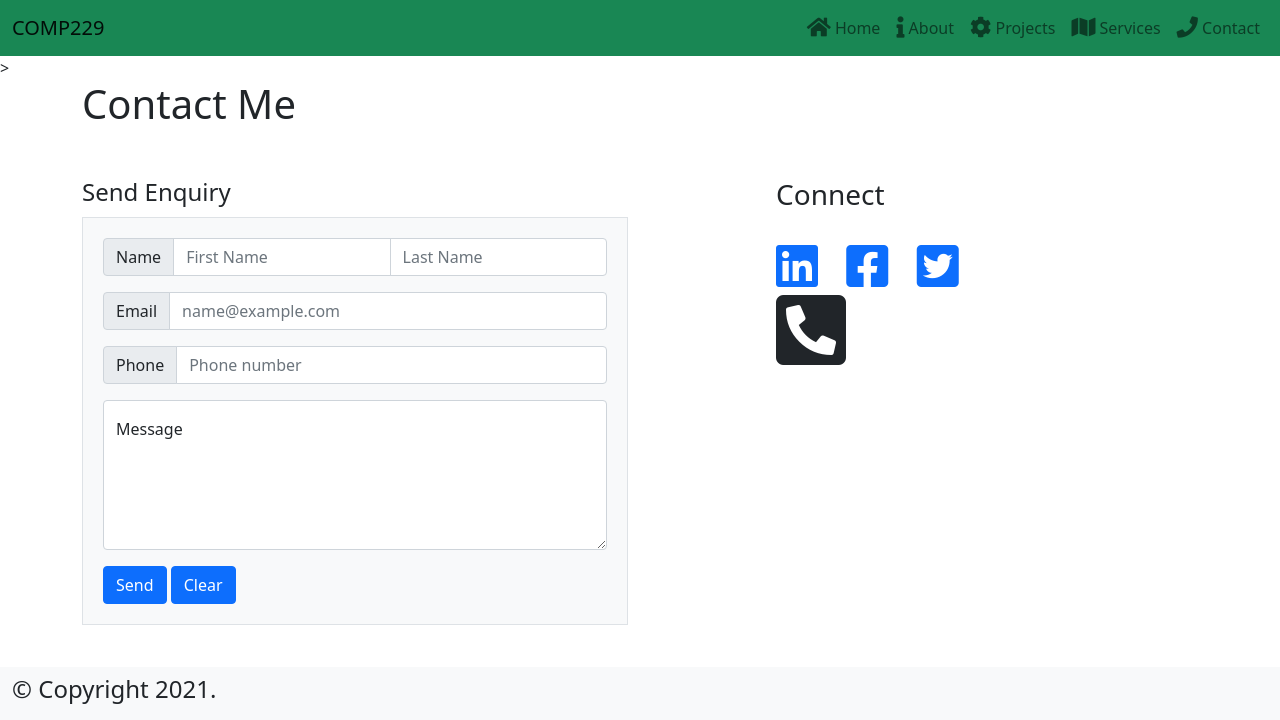
Repository: Mostafa-Asaad/Portfolio
Page: http://localhost/contact
The author's editor kept a copy of each file at every save. The page is drawn from the files as they stood at one save, then again after the next save.
The browser window is 1280 px wide. The pictures show the whole page.
The page is served by the project's Node server (index.js). Other server files are loaded and not shown.

Above is the page before, as saved 2021-06-04 16:20:06.

### Server/Views/index.ejs
<!DOCTYPE html>
<html lang="en">
<head>
  <meta charset="UTF-8">
  <meta http-equiv="X-UA-Compatible" content="IE=edge">
  <meta name="viewport" content="width=device-width, initial-scale=1.0">
  <title><%= title %></title>
  <!-- CSS Section -->
  <link rel="stylesheet" href="/bootstrap/dist/css/bootstrap.min.css">
  <link rel="stylesheet" href="/@fortawesome/fontawesome-free/css/all.min.css">
  <link rel="stylesheet" href="/Content/app.css">
</head>
<body>
  <!-- Navigation Section -->
 <header>
  <%- include('./components/header.ejs') %>
 </header>

  <!--Main Content-->>
  <main>
    <%- include('./content/' + page + '.ejs') %>
  </main>

  <!-- Bottom Nav -->
  <footer>
    <%- include('./components/footer.ejs') %>
  </footer>

  <!-- JavaScript Section -->
  <script src="/jquery/dist/jquery.min.js"></script>
  <script src="/bootstrap/dist/js/bootstrap.min.js"></script>
  <script src="/Scripts/app.js"></script>
</body>
</html>

### Server/Views/components/header.ejs
<nav class="navbar navbar-expand-lg navbar-light bg-success">
    <div class="container-fluid">
      <a class="navbar-brand" href="#">COMP229</a>
      <button class="navbar-toggler" type="button" data-bs-toggle="collapse" data-bs-target="#navbarSupportedContent" aria-controls="navbarSupportedContent" aria-expanded="false" aria-label="Toggle navigation">
        <span class="navbar-toggler-icon"></span>
      </button>
      <div class="collapse navbar-collapse" id="navbarSupportedContent">
        <ul class="navbar-nav ms-auto mb-2 mb-lg-0">
          <li class="nav-item">
            <a class="nav-link" href="/home"><i class="fas fa-home fa-lg"></i> Home</a>
          </li>
          <li class="nav-item">
            <a class="nav-link" href="/about"><i class="fas fa-info fa-lg"></i> About</a>
          </li>
          <li class="nav-item">
            <a class="nav-link" href="/projects"><i class="fas fa-cog fa-lg"></i> Projects</a>
          </li>
          <li class="nav-item">
            <a class="nav-link" href="/services"><i class="fas fa-map fa-lg"></i> Services</a>
          </li>
          <li class="nav-item">
            <a class="nav-link" href="/contact"><i class="fas fa-phone fa-lg"></i> Contact</a>
          </li>
        </ul>
      </div>
    </div>
  </nav>

### Server/Views/content/contact.ejs

<!-- Page Title -->
<div class="container" style= "margin-bottom:50px;" >
  <h1>Contact Me</h1>
</div>

<!-- Message form -->

<div class="container">
  <div class="row align-items-start">
    <div class="col-6">
      <div style= "margin-bottom:10px;">
       <h4>Send Enquiry</h4>
      </div>
      <div class="col border border-bottom rounded-lg bg-light">
       <div style= "margin:20px;">
    <!-- First and last name -->
          <div class="input-group mb-3"  >
            <span class="input-group-text">Name</span>
            <input type="text" placeholder="First Name" aria-label="First name" class="form-control">
            <input type="text" placeholder="Last Name" aria-label="Last name" class="form-control">
          </div>
    <!-- email Form -->
          <div class="input-group flex-nowrap mb-3">
            <span class="input-group-text" id="addon-wrapping">Email</span>
            <input type="text" class="form-control" placeholder="name@example.com" aria-label="email address" aria-describedby="addon-wrapping">
           </div>
    <!-- Phone number -->
          <div class="input-group mb-3">
            <span class="input-group-text" id="inputGroup-sizing-default">Phone</span>
            <input type="text" placeholder="Phone number" class="form-control" aria-label="Sizing example input" aria-describedby="inputGroup-sizing-default">
          </div>
    <!-- Comments -->
          <div class="form-floating mb-3">
            <textarea class="form-control" placeholder="Leave a comment here" id="floatingTextarea2" style="height: 150px"></textarea>
            <label for="floatingTextarea2">Message</label>
          </div>
    <!-- Click Buttons -->
          <input class="btn btn-primary" type="submit" value="Send" >
          <input class="btn btn-primary" type="submit" value="Clear" >
        </div>
      </div>
    </div>
  <!-- Connect Buttons -->
    <div class="col">
      <div class="container-fluid ">
        <div style= "margin-left:100px;">
          <div style= "margin-bottom:30px;">
            <h3>Connect</h3>
          </div>
          <div class="row align-items-start" style= "margin-bottom:20px;">
            <div class="col-2 margin-bottom:30px">
              <a class="link" href="https://www.linkedin.com/in/mostafa-asaad/"><i class="fab fa-linkedin fa-3x"></i></a>
            </div>
            <div class="col-2">
              <a class="link" href="https://www.facebook.com/"><i class="fab fa-facebook-square fa-3x"></i></a>
            </div>
            <div class="col-2">
              <a class="link" href="https://twitter.com/Moe_Asd"><i class="fab fa-twitter-square fa-3x"></i></a>
            </div>
            <i class="fas fa-phone-square-alt fa-5x"></i>
          </div>

        </div>
      </div>
    </div>
  </div>
 </div>

### Server/Views/components/footer.ejs
<nav class="navbar fixed-bottom navbar-light bg-light">
    <div class="container-fluid">
      <h4>&copy; Copyright 2021.</h4>
    </div>
  </nav>

### index.js
#!/usr/bin/env node
"use strict";
var __importDefault = (this && this.__importDefault) || function (mod) {
    return (mod && mod.__esModule) ? mod : { "default": mod };
};
Object.defineProperty(exports, "__esModule", { value: true });
const app_1 = __importDefault(require("./Server/Config/app"));
const debug_1 = __importDefault(require("debug"));
debug_1.default('week-4d:server');
const http_1 = __importDefault(require("http"));
let port = normalizePort(process.env.PORT || '3000');
app_1.default.set('port', port);
let server = http_1.default.createServer(app_1.default);
server.listen(port);
server.on('error', onError);
server.on('listening', onListening);
function normalizePort(val) {
    let port = parseInt(val, 10);
    if (isNaN(port)) {
        return val;
    }
    if (port >= 0) {
        return port;
    }
    return false;
}
function onError(error) {
    if (error.syscall !== 'listen') {
        throw error;
    }
    var bind = typeof port === 'string'
        ? 'Pipe ' + port
        : 'Port ' + port;
    switch (error.code) {
        case 'EACCES':
            console.error(bind + ' requires elevated privileges');
            process.exit(1);
            break;
        case 'EADDRINUSE':
            console.error(bind + ' is already in use');
            process.exit(1);
            break;
        default:
            throw error;
    }
}
function onListening() {
    let addr = server.address();
    let bind = typeof addr === 'string'
        ? 'pipe ' + addr
        : 'port ' + addr.port;
    debug_1.default('Listening on ' + bind);
}
//# sourceMappingURL=index.js.map

### Server/Routes/index.js
"use strict";
var __importDefault = (this && this.__importDefault) || function (mod) {
    return (mod && mod.__esModule) ? mod : { "default": mod };
};
Object.defineProperty(exports, "__esModule", { value: true });
const express_1 = __importDefault(require("express"));
const router = express_1.default.Router();
exports.default = router;
router.get('/', function (req, res, next) {
    res.render('index', { title: 'Home', page: 'home' });
});
router.get('/home', function (req, res, next) {
    res.render('index', { title: 'Home', page: 'home' });
});
router.get('/about', function (req, res, next) {
    res.render('index', { title: 'About Us', page: 'about' });
});
router.get('/projects', function (req, res, next) {
    res.render('index', { title: 'Our Projects', page: 'projects' });
});
router.get('/services', function (req, res, next) {
    res.render('index', { title: 'Our Services', page: 'services' });
});
router.get('/contact', function (req, res, next) {
    res.render('index', { title: 'Contact Us', page: 'contact' });
});
//# sourceMappingURL=index.js.map

### Client/Content/app.css
/* your custom css goes here */

### Client/Scripts/app.js
"use strict";
(function () {
    function Start() {
        console.log("App Started");
    }
    window.addEventListener("load", Start);
})();
//# sourceMappingURL=app.js.map

After the next save:
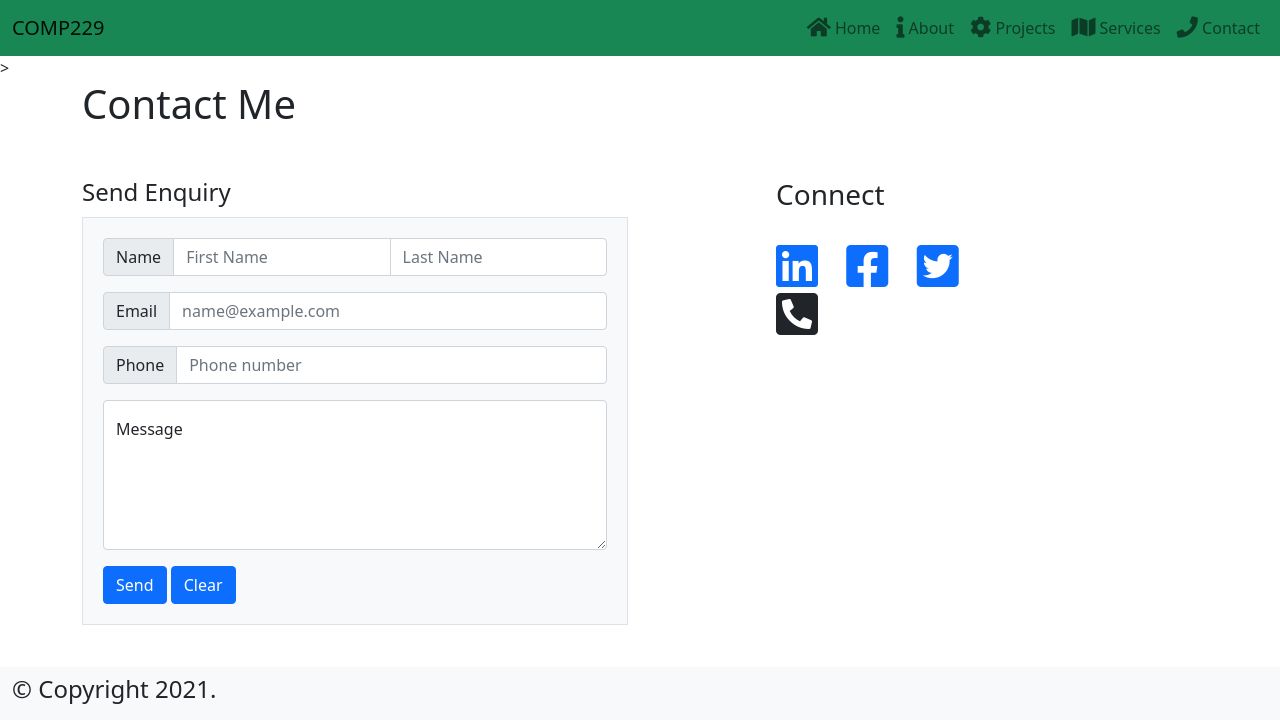
Saved 6 s later.
--- a/Server/Views/content/contact.ejs
+++ b/Server/Views/content/contact.ejs
@@ -58,7 +58,7 @@
             <div class="col-2">
               <a class="link" href="https://twitter.com/Moe_Asd"><i class="fab fa-twitter-square fa-3x"></i></a>
             </div>
-            <i class="fas fa-phone-square-alt fa-5x"></i>
+            <i class="fas fa-phone-square-alt fa-3x"></i>
           </div>
 
         </div>
